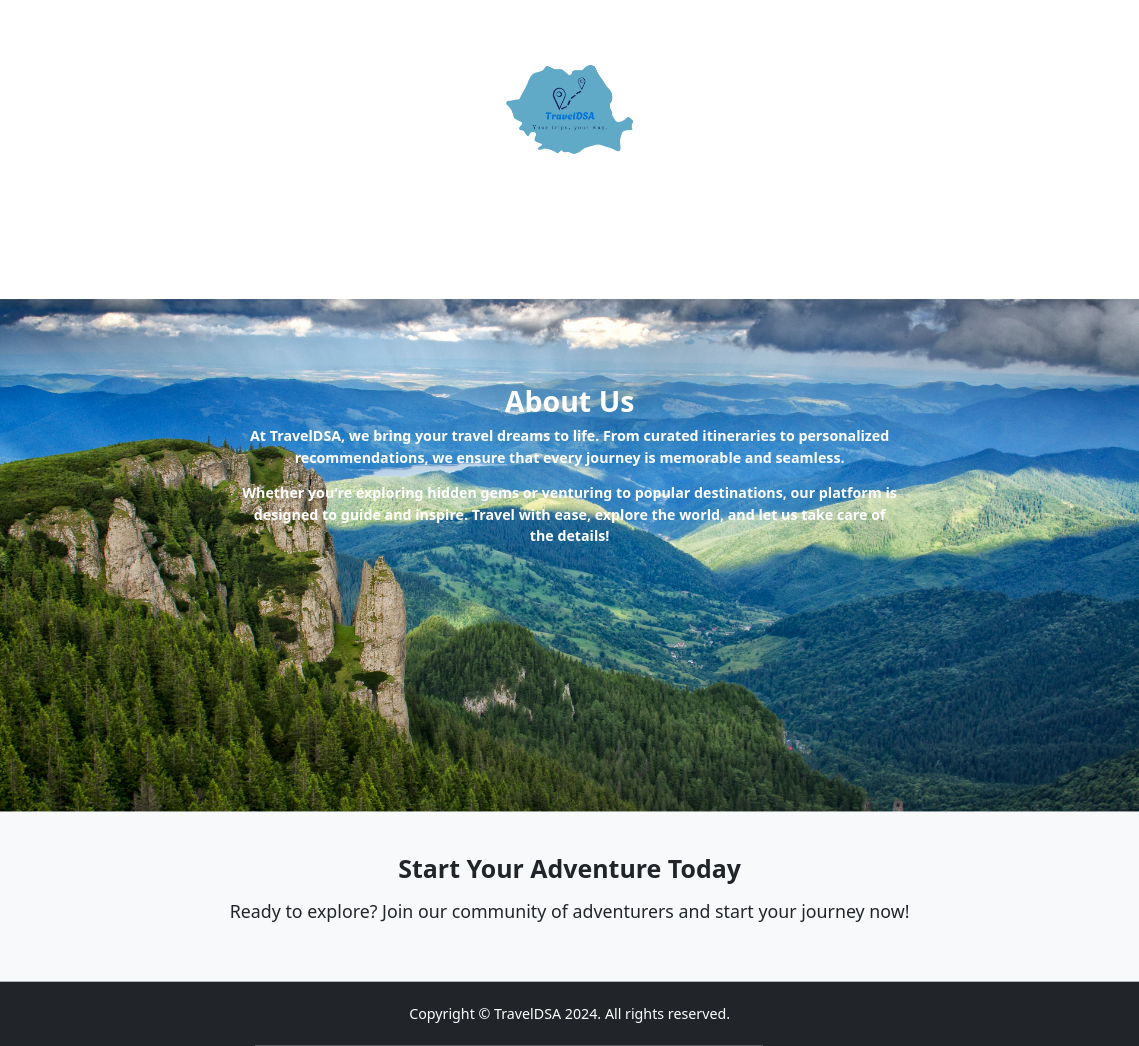
Repository: bettowww/TravelDSA
Page: /home
The author's editor kept a copy of each file at every save. The page is drawn from the files as they stood at one save, then again after the next save.
The browser window is 1280 px wide. The pictures show the whole page, at 89% of full size.
The project was rebuilt for these pictures with package versions that can differ from the ones it lists, and the page was loaded fresh each time. The framework's server and built-in components were replaced by stand-ins that run in the browser. Also part of the build but not shown: next.config.mjs.

Above is the page before, as saved 2024-12-10 13:53:44.

After the next save:
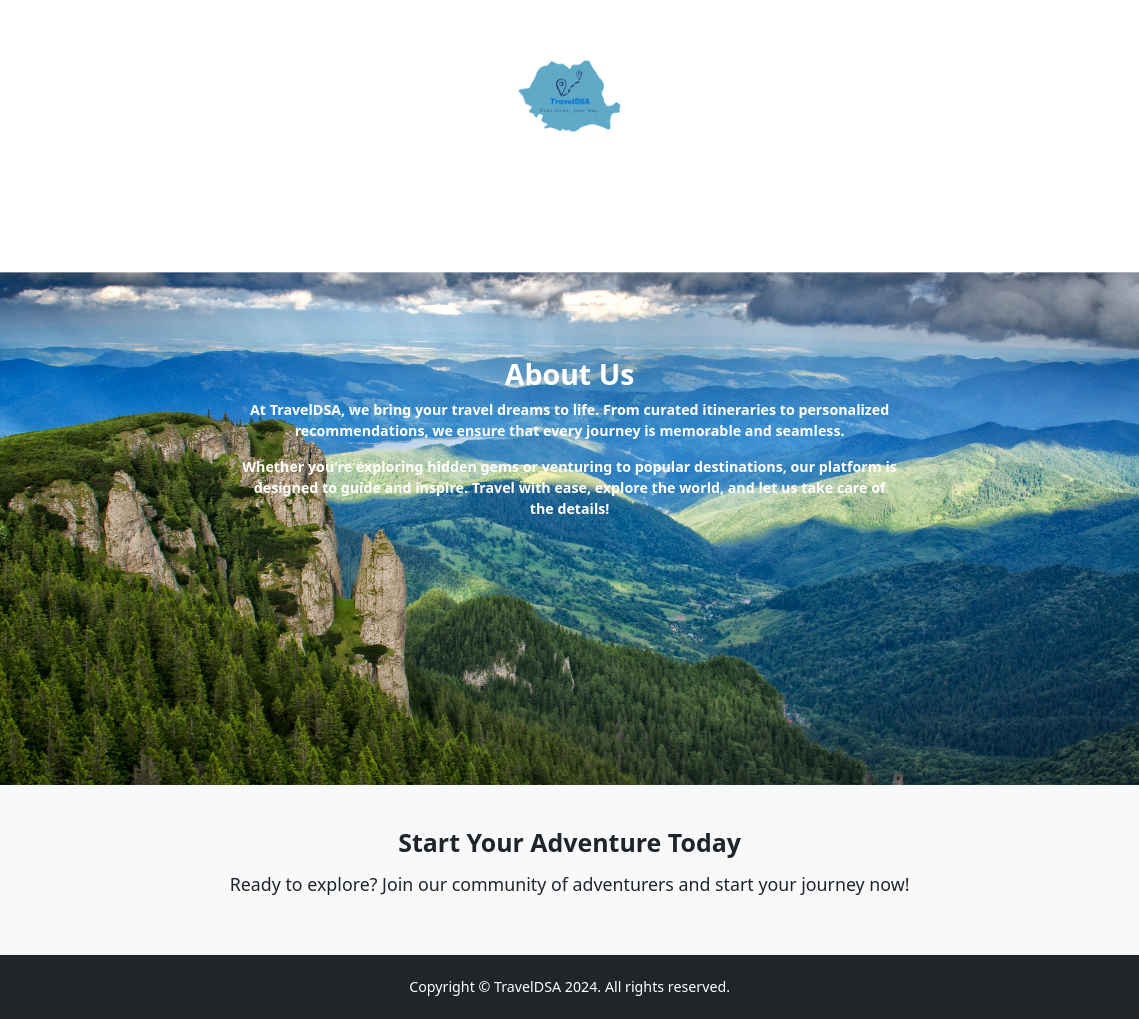
Saved 22 s later.
--- a/app/home/page.jsx
+++ b/app/home/page.jsx
@@ -18,7 +18,7 @@ const HomePage = () => {
             className="img-fluid rounded-circle mb-4"
             src="/pictures/logo.png"
             alt="Company Logo"
-            style={{ width: "150px", height: "150px" }}
+            style={{ width: "120px", height: "120px" }}
           />
           <h1 className="text-white fs-3 fw-bolder">Welcome to TravelDSA</h1>
           <p className="text-white-50 mb-0">
